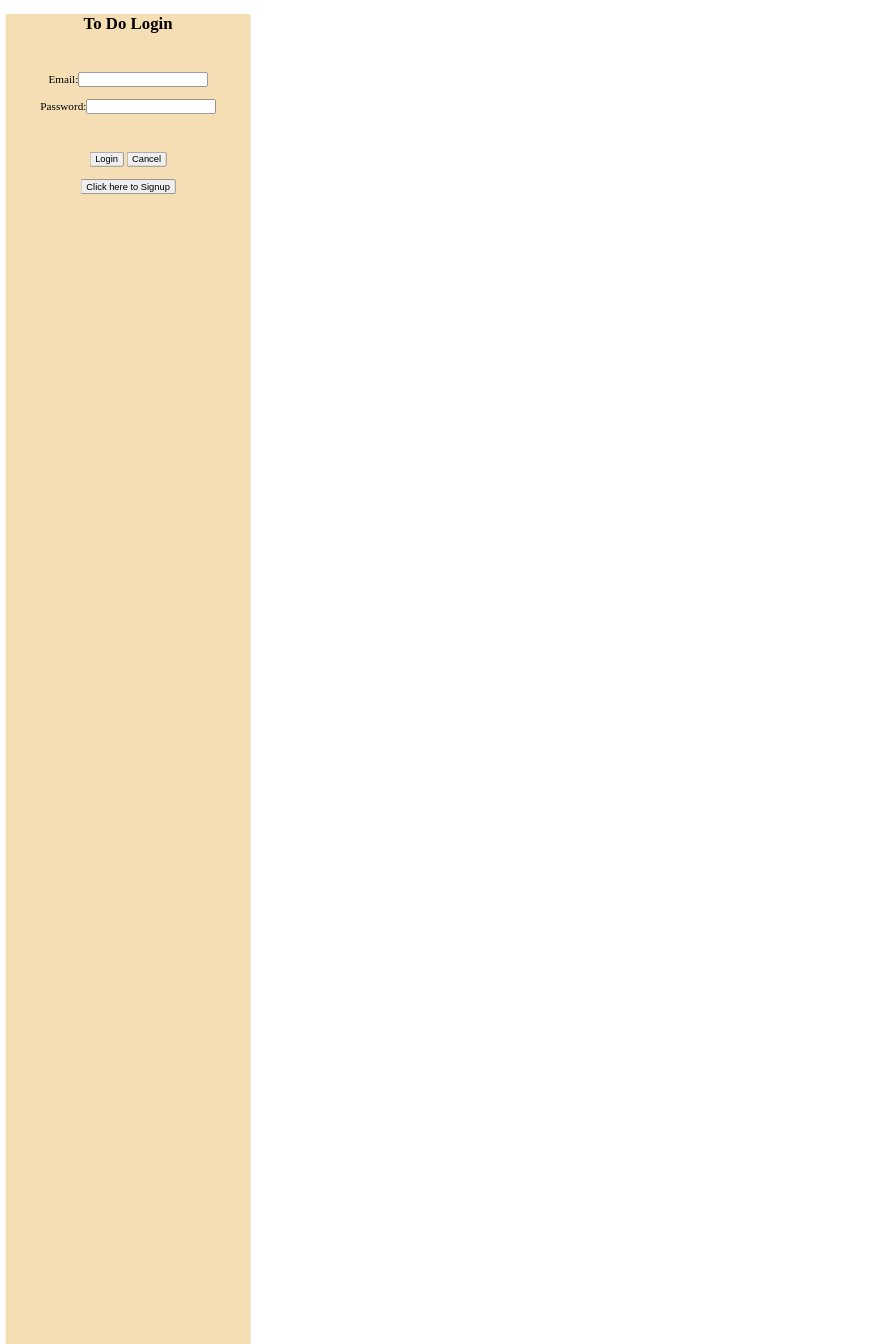
Repository: Spurthiv/todoapp
Page: Servlet_todo_app/src/main/webapp/Login.html
These files come from the project's save history. The page is drawn as it stood at one moment and after the next save; the edit follows.
The browser window is 1280 px wide. The pictures show the part of the page from y = 0 to 1920 px (the page is 3228 px tall before and 720 px after), at 70% of full size.

Above is the page before, as saved 2023-11-22 07:38:24.

### Servlet_todo_app/src/main/webapp/Login.html
<!DOCTYPE html>
<html>
<head>
<meta charset="ISO-8859-1">
<title>Insert title here</title>
</head>
    <style>
        form {
            height: 3200px;
            width: 350px;
            background-color: wheat;
            text-decoration-color: blueviolet;
            text-align: center;
        }
        u{
			text-align: center;
		}
    </style>
<body>

<form action="" method="get">
        <legend><h2>To Do Login</h2></legend>
        <br><br>
        Email:<input type="email" name="email" /> <br><br>
        Password:<input type="text" name="pwd" /> <br><br><br /><br>
        <button type="submit" formaction="process">Login</button>
        <button type="reset" formaction="process">Cancel</button> <br><br>
        <a href="./Signup.html"><button type="button">Click here to Signup</button></a>
    </form>

</body>
</html>

After the next save:
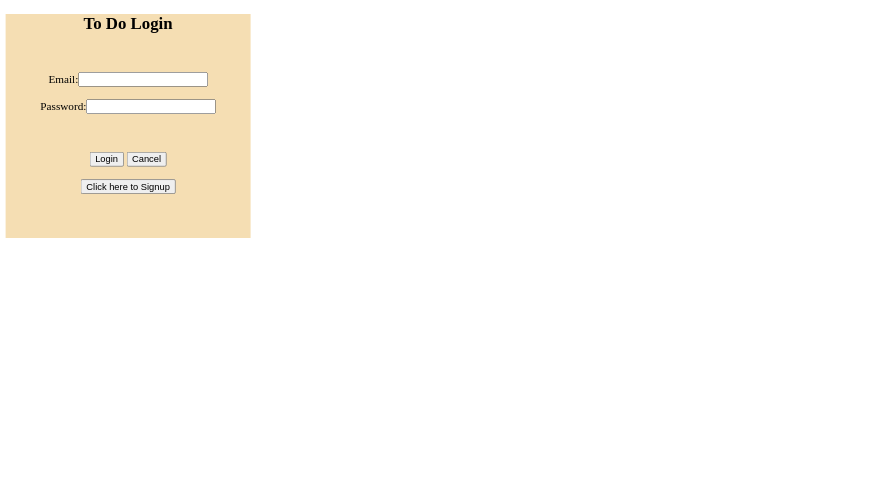
Saved 15 s later.
--- a/Servlet_todo_app/src/main/webapp/Login.html
+++ b/Servlet_todo_app/src/main/webapp/Login.html
@@ -6,7 +6,7 @@
 </head>
     <style>
         form {
-            height: 3200px;
+            height: 320px;
             width: 350px;
             background-color: wheat;
             text-decoration-color: blueviolet;
